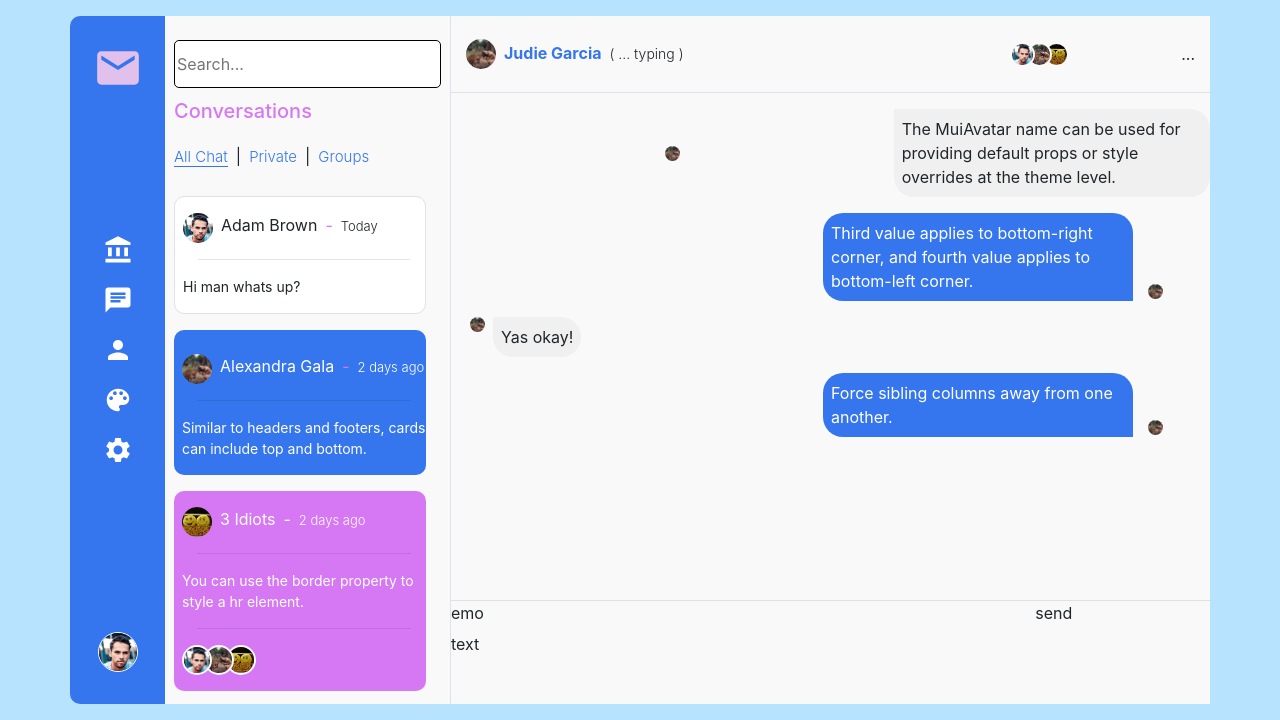
Repository: arafat877/super-chat
Page: /
The author's editor kept a copy of each file at every save. The page is drawn from the files as they stood at one save, then again after the next save.
The browser window is 1280 px wide. The pictures show the whole page.
The project was rebuilt for these pictures with package versions that can differ from the ones it lists, and the page was loaded fresh each time.

Above is the page before, as saved 2020-08-07 02:28:39.

After the next save:
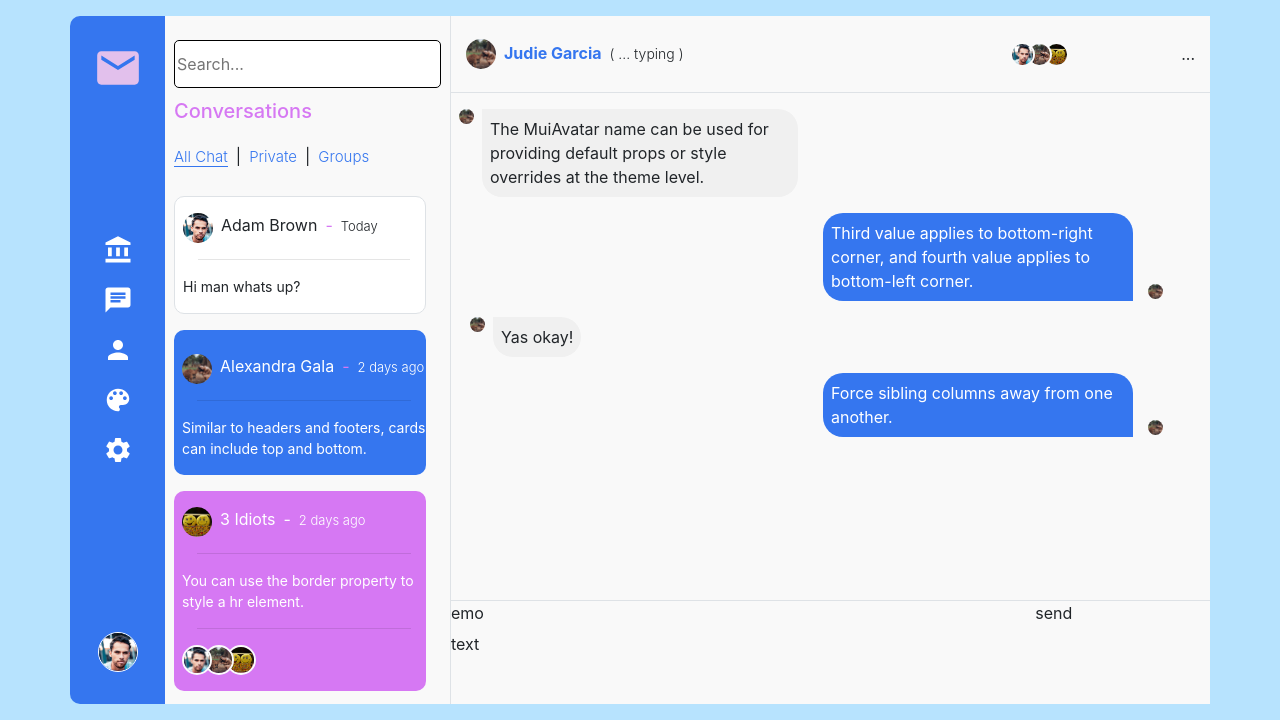
Saved 11 s later.
--- a/src/App.js
+++ b/src/App.js
@@ -196,7 +196,7 @@ function App() {
                 {/* MessageRow */}
                 <div className="row messageRow mt-3">
                     <img
-                      className="messageUserProfilePicture m-auto"
+                      className="messageUserProfilePicture mb-auto ml-2 mr-2"
                       src={require("./assets/f1.jpeg")}
                       alt="User Profile"
                     />
